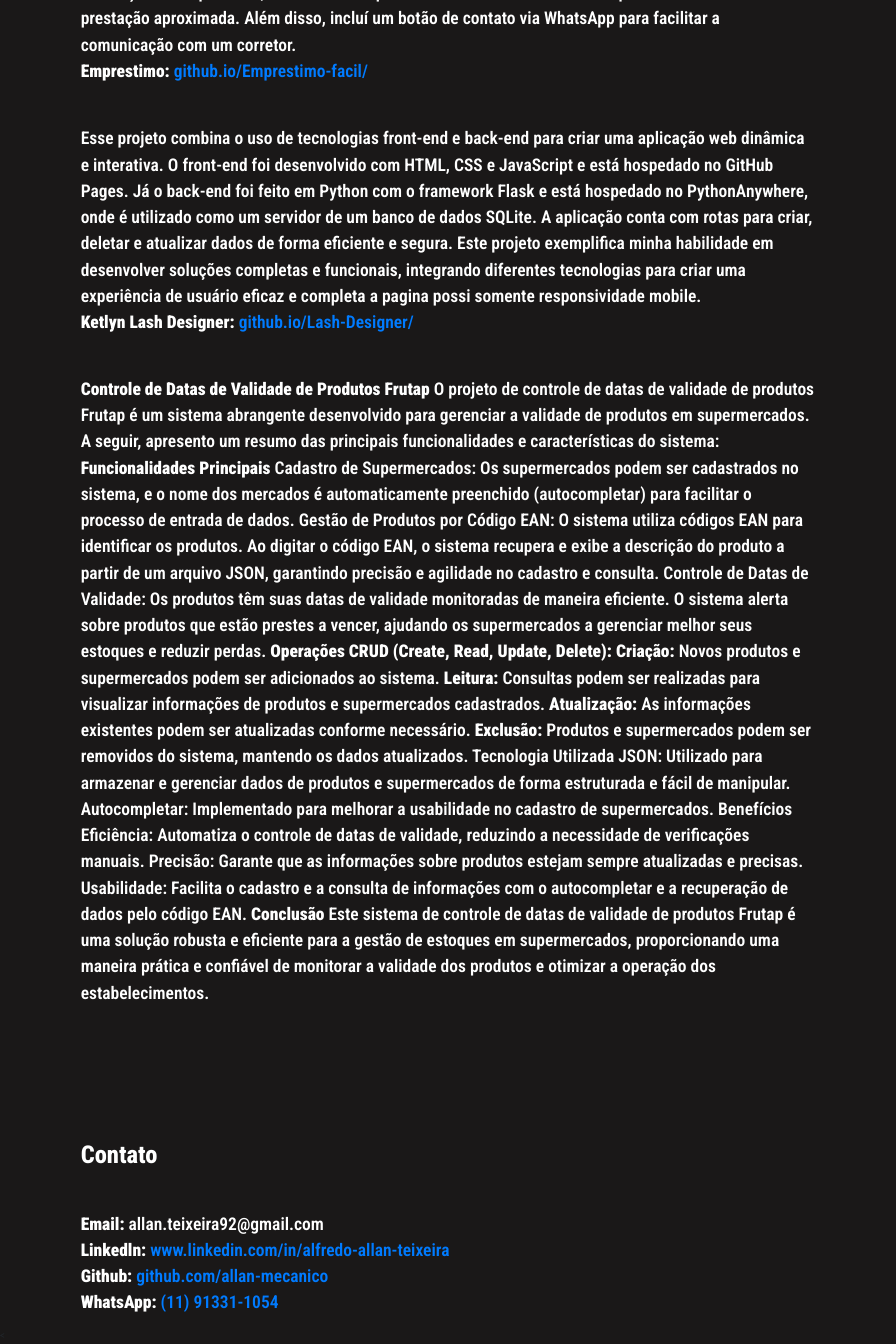
Repository: alfredo-allan/Portfolio
Page: index.html
These files come from the project's save history. The page is drawn as it stood at one moment and after the next save; the edit follows.
The browser window is 1280 px wide. The pictures show the part of the page from y = 2304 to 4224 px (the page is 4224 px tall), at 70% of full size.

Above is the page before, as saved 2024-05-26 18:51:47.

### index.html
<!DOCTYPE html>
<html lang="pt-BR">
  <head>
    <meta charset="UTF-8" />
    <meta name="viewport" content="width=device-width, initial-scale=1.0" />
    <link
      rel="stylesheet"
      href="https://stackpath.bootstrapcdn.com/bootstrap/4.1.3/css/bootstrap.min.css"
      integrity="sha384-MCw98/SFnGE8fJT3GXwEOngsV7Zt27NXFoaoApmYm81iuXoPkFOJwJ8ERdknLPMO"
      crossorigin="anonymous"
    />
    <link rel="stylesheet" href="./src/assets/styles/home.css" />
    <link
      href="https://fonts.googleapis.com/css2?family=Roboto+Condensed:ital,wght@0,100..900;1,100..900&display=swap"
      rel="stylesheet"
    />

    <title>Portfolio</title>
    <div class="foto-perfil">
      <img src="./src/assets/images/foto-perfil.jpeg" alt="Minha Foto" />
    </div>
    <div class="menu">
      <ul>
        <li><a href="#Sobre">Sobre</a></li>
        <li><a href="#Conhecimento">Conhecimento</a></li>
        <li><a href="#Contato">Contato</a></li>
        <li><a href="#Projetos">Projetos</a></li>
        <li><a href="./curriculo.html">Currículo</a></li>
      </ul>
    </div>
    <div class="container" id="Sobre">
      <h2>Sobre</h2>
      <p>
        Meu nome é Alfredo Allan, e sou um profissional dedicado e apaixonado
        por tecnologia. Possuo experiência e conhecimento em diversos cursos e
        treinamentos, tais como Shell Script, introdução ao sistema operacional
        Linux, programação para internet com JavaScript, recriação da página do
        Instagram, criação de sites com HTML5 e CSS3, Git e GitHub, estruturas
        de algoritmos, lógica e programação essencial. Além disso, também possuo
        certificações em engenharia social e phishing, e sou um usuário
        experiente de Linux. Tenho um projeto pessoal de uma página de
        empréstimo no GitHub, onde aplico meus conhecimentos e habilidades de
        programação e web design. Estou sempre em busca de aprendizado e novos
        desafios, e estou confiante de que posso contribuir de forma
        significativa para sua equipe. Estou ansioso para mostrar como minhas
        habilidades e experiências podem agregar valor à sua empresa.
      </p>
    </div>
    <div id="Conhecimento">
      <h2>Conhecimento</h2>
      <p>
        Cursando Analise e desenvolvimento de sistemas <br />
        Shell script - manipulando arquivos <br />
        Introdução ao sistema operacional linux <br />
        Programação para internet com javascritp <br />
        Recriando a pagina do instagram <br />
        Imersão front-end Alura <br />
        Introdução a criação de sites com HTML 5 E CSS3 <br />
        Introdução ao git eo github <br />
        O que são estruturas de algoritimo <br />
        Logica e programação essencial <br />
        Engenharia social e phishing <br />
      </p>
    </div>

    <div id="sistemas">
      <h2>Sistemas Operacionais</h2>
      <p>
        Como usuário de Linux, possuo conhecimento em pacotes gerenciadores como
        apt e yum, bem como em servidores Apache. Sou capaz de estabelecer
        conexões SSH, gerar chaves públicas, e possuo boas práticas no uso do
        terminal de comandos. Além disso, possuo habilidades avançadas em
        instalação e configuração de sistemas operacionais, inclusive na
        manipulação de variáveis de ambiente como o PATH. Estas competências são
        fundamentais para garantir um ambiente de trabalho eficiente e seguro.
      </p>
    </div>
    <div id="Projetos">
      <h2>Projetos</h2>
      <p>
        Desenvolvi uma página web responsiva utilizando Bootstrap 5, HTML e CSS.
        A página possui uma simulação de empréstimo, onde o usuário pode
        escolher o número de meses para financiar e ver uma prestação
        aproximada. Além disso, incluí um botão de contato via WhatsApp para
        facilitar a comunicação com um corretor. <br />
        <strong>Emprestimo:</strong
        ><a href="https://allan-mecanico.github.io/Emprestimo-facil/index.html">
          github.io/Emprestimo-facil/
        </a>
      </p>
      <p>
        Esse projeto combina o uso de tecnologias front-end e back-end para
        criar uma aplicação web dinâmica e interativa. O front-end foi
        desenvolvido com HTML, CSS e JavaScript e está hospedado no GitHub
        Pages. Já o back-end foi feito em Python com o framework Flask e está
        hospedado no PythonAnywhere, onde é utilizado como um servidor de um
        banco de dados SQLite. A aplicação conta com rotas para criar, deletar e
        atualizar dados de forma eficiente e segura. Este projeto exemplifica
        minha habilidade em desenvolver soluções completas e funcionais,
        integrando diferentes tecnologias para criar uma experiência de usuário
        eficaz e completa a pagina possi somente responsividade mobile. <br />
        <strong>Ketlyn Lash Designer:</strong
        ><a href="https://allan-mecanico.github.io/Lash-Designer/">
          github.io/Lash-Designer/
        </a>
      </p>
      <p>
        <strong>Controle de Datas de Validade de Produtos Frutap</strong>
        O projeto de controle de datas de validade de produtos Frutap é um
        sistema abrangente desenvolvido para gerenciar a validade de produtos em
        supermercados. A seguir, apresento um resumo das principais
        funcionalidades e características do sistema:

        <strong>Funcionalidades Principais</strong>
        Cadastro de Supermercados: Os supermercados podem ser cadastrados no
        sistema, e o nome dos mercados é automaticamente preenchido
        (autocompletar) para facilitar o processo de entrada de dados. Gestão de
        Produtos por Código EAN: O sistema utiliza códigos EAN para identificar
        os produtos. Ao digitar o código EAN, o sistema recupera e exibe a
        descrição do produto a partir de um arquivo JSON, garantindo precisão e
        agilidade no cadastro e consulta. Controle de Datas de Validade: Os
        produtos têm suas datas de validade monitoradas de maneira eficiente. O
        sistema alerta sobre produtos que estão prestes a vencer, ajudando os
        supermercados a gerenciar melhor seus estoques e reduzir perdas.
        <strong>Operações CRUD (Create, Read, Update, Delete):</strong>

        <strong>Criação:</strong> Novos produtos e supermercados podem ser
        adicionados ao sistema. <strong>Leitura:</strong> Consultas podem ser
        realizadas para visualizar informações de produtos e supermercados
        cadastrados. <strong>Atualização:</strong> As informações existentes
        podem ser atualizadas conforme necessário.
        <strong>Exclusão:</strong> Produtos e supermercados podem ser removidos
        do sistema, mantendo os dados atualizados. Tecnologia Utilizada JSON:
        Utilizado para armazenar e gerenciar dados de produtos e supermercados
        de forma estruturada e fácil de manipular. Autocompletar: Implementado
        para melhorar a usabilidade no cadastro de supermercados. Benefícios
        Eficiência: Automatiza o controle de datas de validade, reduzindo a
        necessidade de verificações manuais. Precisão: Garante que as
        informações sobre produtos estejam sempre atualizadas e precisas.
        Usabilidade: Facilita o cadastro e a consulta de informações com o
        autocompletar e a recuperação de dados pelo código EAN.
        <strong>Conclusão</strong>
        Este sistema de controle de datas de validade de produtos Frutap é uma
        solução robusta e eficiente para a gestão de estoques em supermercados,
        proporcionando uma maneira prática e confiável de monitorar a validade
        dos produtos e otimizar a operação dos estabelecimentos.

      </p>
    </div>
    <div id="Contato">
      <h2>Contato</h2>

      <p>
        <strong>Email:</strong> allan.teixeira92@gmail.com <br />
        <strong>Linkedln:</strong
        ><a
          href="https://www.linkedin.com/in/alfredo-allan-teixeira-ba2701149/"
        >
          www.linkedin.com/in/alfredo-allan-teixeira <br
        /></a>

        <strong>Github:</strong
        ><a href="https://github.com/allan-mecanico">
          github.com/allan-mecanico<br
        /></a>
        <strong>WhatsApp:</strong
        ><a href="https://api.whatsapp.com/send?phone=5511913311054">
          (11) 91331-1054<br
        /></a>
      </p>
    </div>
  </head>
  <body>
    <script
      src="https://code.jquery.com/jquery-3.3.1.slim.min.js"
      integrity="sha384-q8i/X+965DzO0rT7abK41JStQIAqVgRVzpbzo5smXKp4YfRvH+8abtTE1Pi6jizo"
      crossorigin="anonymous"
    ></script>
    <script
      src="https://cdnjs.cloudflare.com/ajax/libs/popper.js/1.14.3/umd/popper.min.js"
      integrity="sha384-ZMP7rVo3mIykV+2+9J3UJ46jBk0WLaUAdn689aCwoqbBJiSnjAK/l8WvCWPIPm49"
      crossorigin="anonymous"
    ></script>
    <script
      src="https://stackpath.bootstrapcdn.com/bootstrap/4.1.3/js/bootstrap.min.js"
      integrity="sha384-ChfqqxuZUCnJSK3+MXmPNIyE6ZbWh2IMqE241rYiqJxyMiZ6OW/JmZQ5stwEULTy"
      crossorigin="anonymous"
    ></script>
  </body>
</html>
<

### src/assets/styles/home.css
:root {
  --roboto-condensed: "Roboto Condensed", sans-serif;
}

body {
  font-family: var(--roboto-condensed);
  background-color: rgb(26, 24, 24);
  background-position: center;
  background-size: cover;
}

@media (min-width: 310px) and (max-width: 480px) {
  body {
    background-image: url("../images/git-img.jpg");
    background-repeat: no-repeat;
    background-attachment: fixed;
  }
}

.menu ul {
  font-size: 1.5rem;
  font-weight: 600;
  margin-top: -14%;
  margin-right: 4%;
  text-align: right;
  list-style: none;
  li {
    margin-right: 12px;
    display: inline-block;
  }
}

@media only screen and (min-width: 310px) and (max-width: 450px) {
  .menu ul {
    font-weight: 1000;
    text-align: left;
    margin-top: -45%;
    padding: 20%;
    margin-left: 40%;
    font-size: 20px;
  }
}

.foto-perfil {
  margin-top: 1%;
  margin-left: 8%;
  width: 200px;
  height: 200px;
  border-radius: 50%;
  overflow: hidden;
}

.foto-perfil img {
  width: 100%;
  height: 100%;
  object-fit: cover;
}

@media only screen and (min-width: 310px) and (max-width: 450px) {
  .foto-perfil {
    width: 80px;
    height: 80px;
    margin-left: 10%;
    margin-top: 7%;
  }
}

#Sobre {
  color: white;
  margin-top: 20%;
  margin-left: 9%;
  h2 {
    font-weight: 1000;
    font-size: 35px;
    font-weight: 800;
  }
  p {
    font-weight: 300;
    margin-top: 5%;
    font-size: 25px;
    font-family: var(--roboto-condensed);
    width: 100%; /* Define a largura desejada */
    font-weight: 600;
  }
}

@media only screen and (min-width: 310px) and (max-width: 450px) {
  #Sobre {
    margin-left: -1%;
    margin-top: -10%;
    h2 {
      color: white;
      font-size: 22px;
      font-weight: 800;
    }
    p {
      color: white;
      margin-top: 5%;
      font-size: 18px;
      font-family: var(--roboto-condensed);
      width: 100%; /* Define a largura desejada */
      font-weight: 350;
    }
  }
}

#Conhecimento {
  color: white;
  margin-top: 15%;
  margin-left: 9%;
  h2 {
    font-size: 35px;
    font-weight: 800;
  }
  p {
    margin-top: 5%;
    font-size: 25px;
    font-family: var(--roboto-condensed);
    width: 90%; /* Define a largura desejada */
    font-weight: 600;
  }
}

@media only screen and (min-width: 310px) and (max-width: 450px) {
  #Conhecimento {
    margin-left: 1%;
    margin-top: 35%;
    h2 {
      color: white;
      font-size: 22px;
      font-weight: 800;
    }
    p {
      color: white;
      margin-top: 5%;
      font-size: 18px;
      font-family: var(--roboto-condensed);
      width: 100%; /* Define a largura desejada */
      font-weight: 350;
    }
  }
}
#sistemas {
  color: white;
  margin-top: 15%;
  margin-left: 9%;
  h2 {
    font-size: 35px;
    font-weight: 800;
  }
  p {
    margin-top: 5%;
    font-size: 25px;
    font-family: var(--roboto-condensed);
    width: 90%; /* Define a largura desejada */
    font-weight: 600;
  }
}

@media only screen and (min-width: 310px) and (max-width: 450px) {
  #sistemas {
    margin-left: -0%;
    margin-top: 20%;
    h2 {
      font-size: 22px;
      font-weight: 800;
    }
    p {
      margin-top: 5%;
      font-size: 18px;
      font-family: var(--roboto-condensed);
      width: 100%; /* Define a largura desejada */
      font-weight: 350;
    }
  }
}

#Projetos {
  color: white;
  margin-top: 15%;
  margin-left: 9%;
  h2 {
    font-size: 35px;
    font-weight: 800;
  }
  p {
    margin-top: 5%;
    font-size: 25px;
    font-family: var(--roboto-condensed);
    width: 90%; /* Define a largura desejada */
    font-weight: 600;
  }
}

@media only screen and (min-width: 310px) and (max-width: 450px) {
  #Projetos {
    margin-left: -0%;
    margin-top: 25%;
    h2 {
      font-size: 22px;
      font-weight: 800;
    }
    p {
      color: white;
      margin-top: 5%;
      font-size: 18px;
      font-family: var(--roboto-condensed);
      width: 100%; /* Define a largura desejada */
      font-weight: 350;
    }
  }
}

#Contato {
  color: white;
  margin-top: 15%;
  margin-left: 9%;
  h2 {
    font-size: 35px;
    font-weight: 800;
  }
  p {
    margin-top: 5%;
    font-size: 25px;
    font-family: var(--roboto-condensed);
    width: 90%; /* Define a largura desejada */
    font-weight: 600;
  }
}

@media only screen and (min-width: 310px) and (max-width: 450px) {
  #Contato {
    margin-top: 25%;
    margin-left: 0%;
    h2 {
      font-size: 22px;
      font-weight: 800;
    }
    p {
      width: 100%;
      margin-top: 5%;
      font-size: 18px;
      font-family: var(--roboto-condensed);
      font-weight: 350;
    }
  }
}

After the next save:
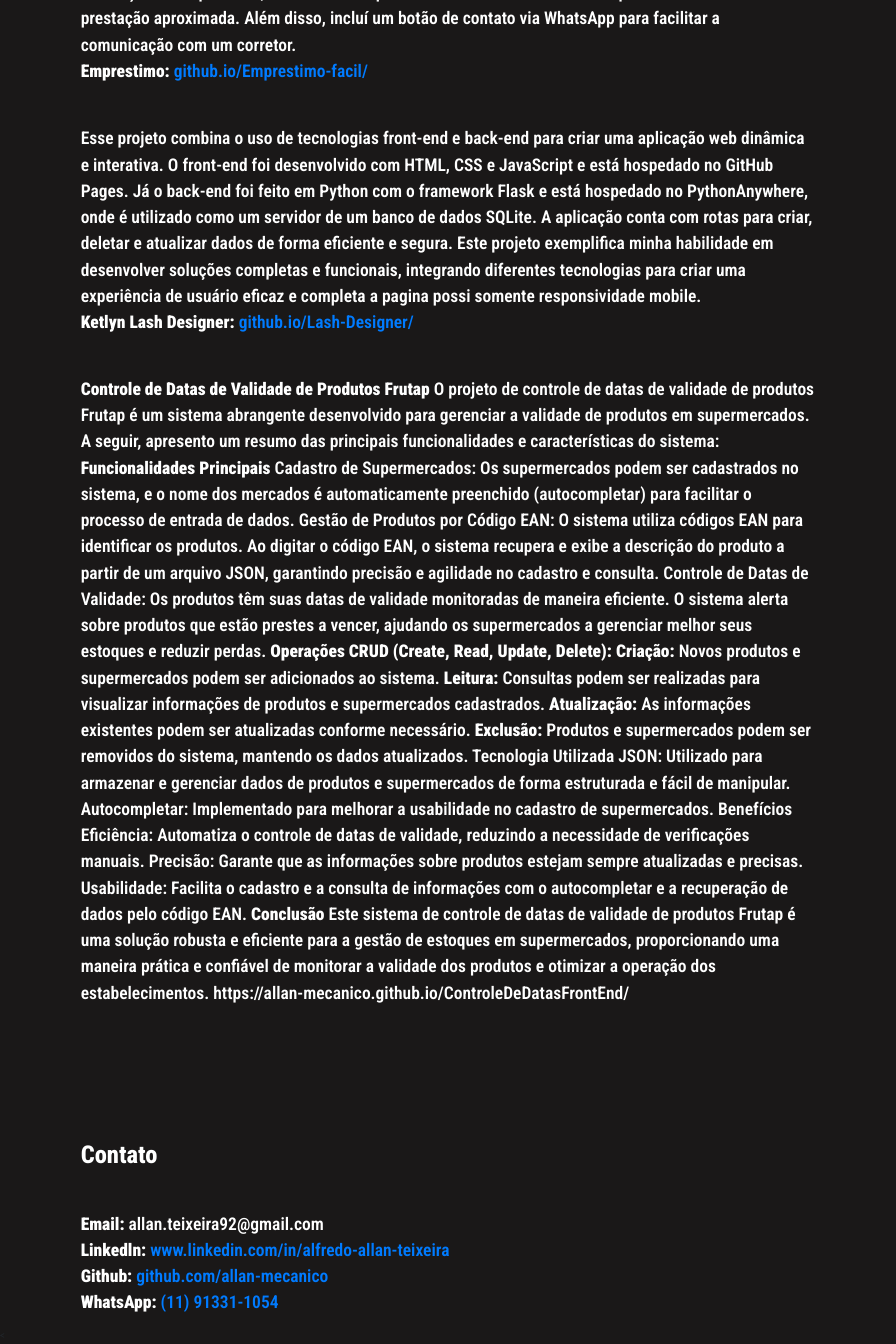
Saved 5 s later.
--- a/index.html
+++ b/index.html
@@ -144,7 +144,7 @@
         solução robusta e eficiente para a gestão de estoques em supermercados,
         proporcionando uma maneira prática e confiável de monitorar a validade
         dos produtos e otimizar a operação dos estabelecimentos.
-
+        https://allan-mecanico.github.io/ControleDeDatasFrontEnd/
       </p>
     </div>
     <div id="Contato">

After the 2 saves that followed:
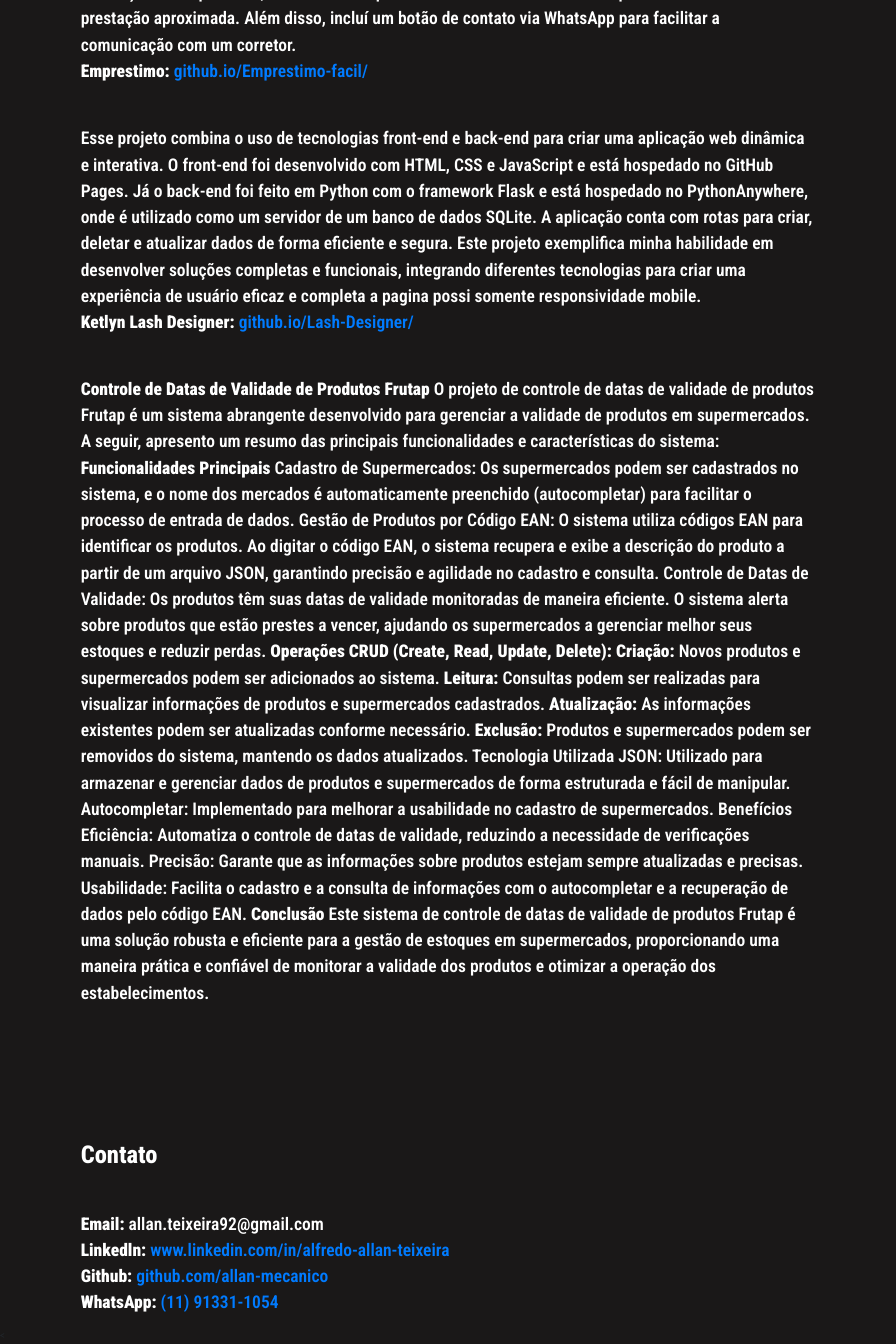
The 2 saves are shown as one change because they came seconds apart.
The last was saved 20 s later.
--- a/index.html
+++ b/index.html
@@ -144,7 +144,7 @@
         solução robusta e eficiente para a gestão de estoques em supermercados,
         proporcionando uma maneira prática e confiável de monitorar a validade
         dos produtos e otimizar a operação dos estabelecimentos.
-        https://allan-mecanico.github.io/ControleDeDatasFrontEnd/
+        <a href=""></a>
       </p>
     </div>
     <div id="Contato">
